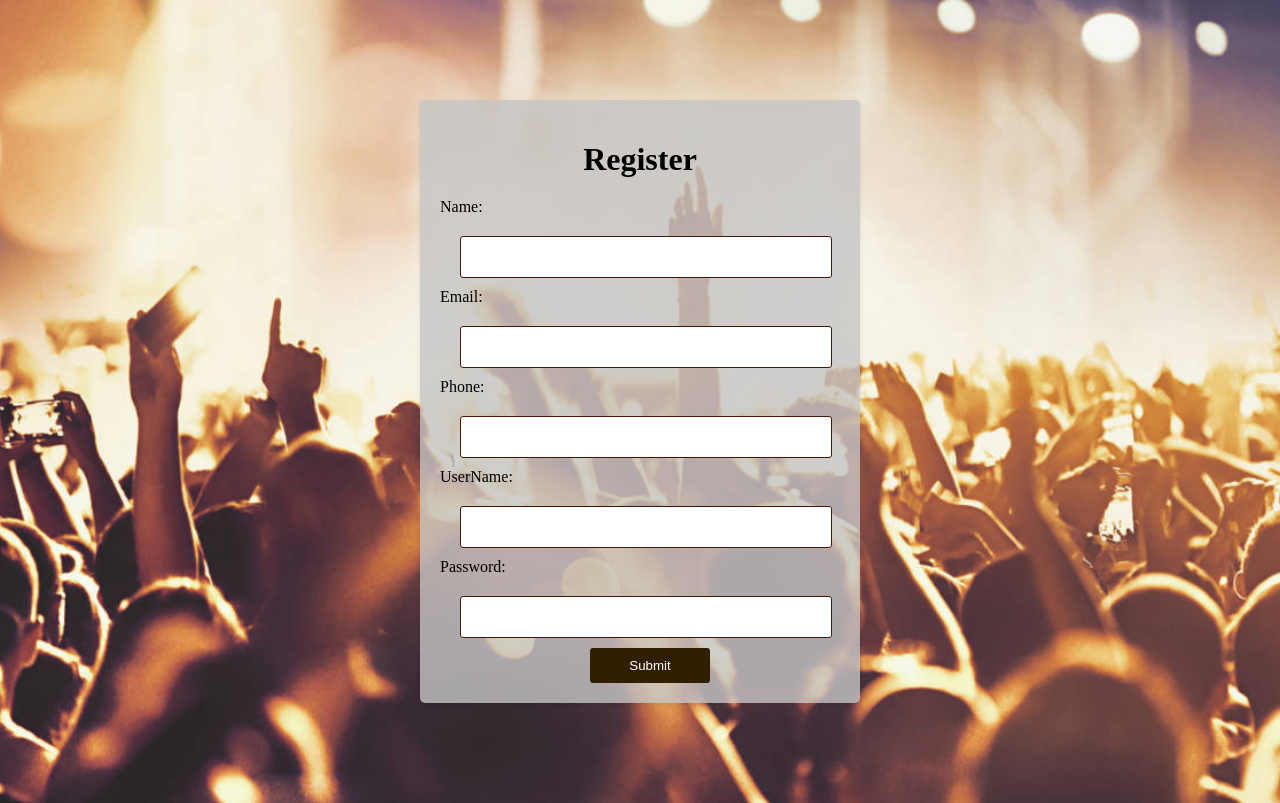
Repository: Dulankayapa/2ndyearoopprojrct
Page: http://localhost/feedback/Registration.jsp
The author's editor kept a copy of each file at every save. The page is drawn from the files as they stood at one save, then again after the next save.
The browser window is 1280 px wide. The pictures show the whole page.
The page is served by Tomcat 9. Other server files are loaded and not shown.

Above is the page before, as saved 2023-10-23 11:50:41.

### feedback/src/main/webapp/Registration.jsp
<%@ page language="java" contentType="text/html; charset=UTF-8"
    pageEncoding="UTF-8"%>
<!DOCTYPE html>
<html>
<head>
<meta charset="UTF-8">
<title>Insert title here</title>
<style>body {
    background-image: url("Case-Event-economics.jpg");
    background-size: cover;
    background-position: center;
    background-repeat: no-repeat;
  }

  form {
    max-width: 400px;
    margin: 100px auto;
    padding: 20px;
    border-radius: 5px;
    background-color: #c6c5c5cc;
    box-shadow: 0 2px 4px rgba(0, 0, 0, 0.1);
  }

  h1 {
    text-align: center;
    margin-bottom: 20px;
  }

  input[type="text"],
  input[type="password"] {
    margin: 20px;
    width: 350px;
    padding: 10px;
    border: 1px solid hsl(15, 87%, 15%);
    border-radius: 3px;
    margin-bottom: 10px;
    height:20px;
  }

  input[type="submit"] {
    width: 120px;
    padding: 10px;
    background-color: #301f03;
    color: #fff;
    border: none;
    border-radius: 3px;
    cursor: pointer;
    margin-left:150px;
  }

  input[type="submit"]:hover {
    background-color: #449d44;
  }

  label {
    display: block;
    margin-bottom: 5px;
    font-weight: bold;
  }
  </style>
</head>
<body>
	<form action = "insert" method = "post">
		<h1>Register</h1>
		Name:<input type = "text" name = "Name" required><br>
		Email:<input type = "text" name = "Email" required><br>
		Phone:<input type = "text" name = "Phone" required><br>
		UserName:<input type = "text" name = "UserName" required><br>
		Password:<input type = "password" name = "Password" required><br>

		<input type = "submit" value = "Submit">
	</form>
</body>
</html>

After the next save:
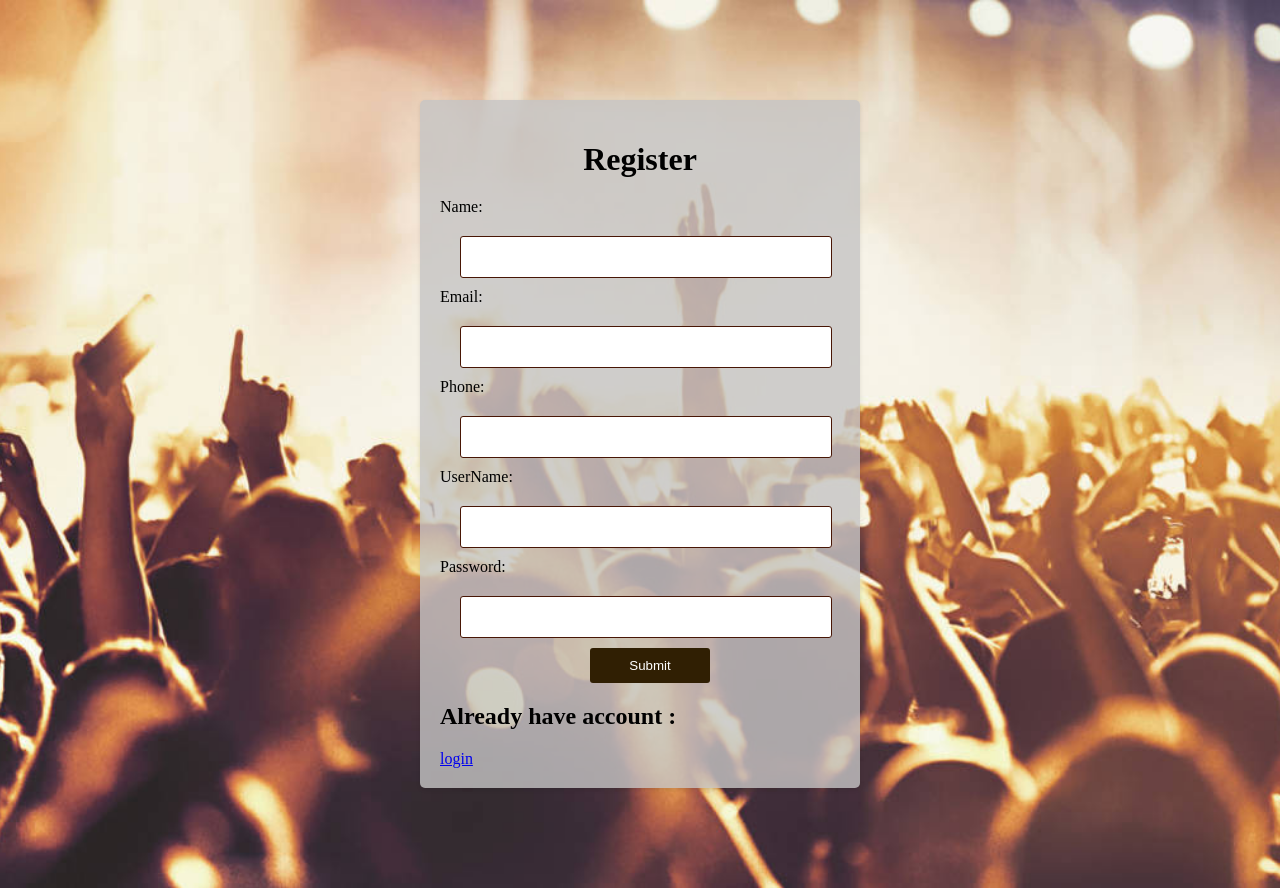
Saved 2 min 44 s later.
--- a/feedback/src/main/webapp/Registration.jsp
+++ b/feedback/src/main/webapp/Registration.jsp
@@ -69,6 +69,8 @@
 		Password:<input type = "password" name = "Password" required><br>
 
 		<input type = "submit" value = "Submit">
+		<h2>Already have account :</h2><a href="login.jsp"> login</a>
+
 	</form>
 </body>
 </html>
